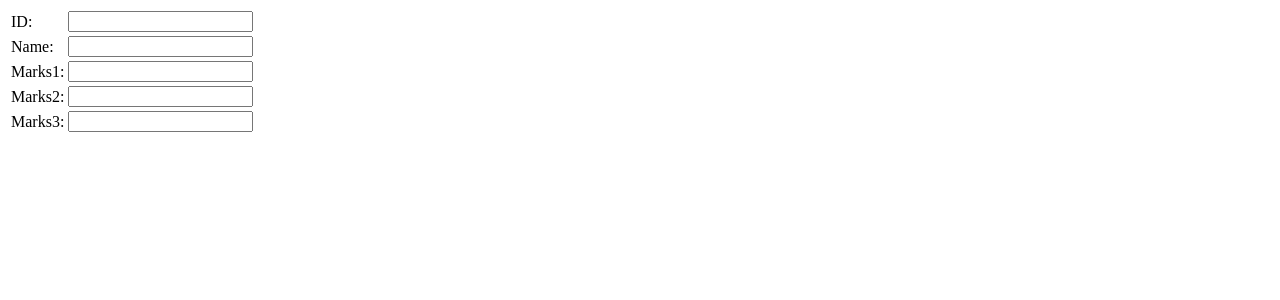
Repository: NayanaSp02/mvc-project
Page: add-result/src/main/webapp/index.html
An editor plug-in stored every save of this project. The page is shown before and after the next save, followed by the edit.
The browser window is 1280 px wide. The pictures show the whole page.

Above is the page before, as saved 2024-10-10 09:47:18.

### add-result/src/main/webapp/index.html
<!DOCTYPE html>
<html>
<head>
<meta charset="UTF-8">
<title>Insert title here</title>
</head>
<body>

<form>
<table>

<tr>
<td>ID:</td>
<td><input type="text" name="id"/></td>
</tr>

<tr>
<td>Name:</td>
<td><input type="text" name="name"/></td>
</tr>

<tr>
<td>Marks1:</td>
<td><input type="text" name="marks1"/></td>
</tr>

<tr>
<td>Marks2:</td>
<td><input type="text" name="marks2"/></td>
</tr>

<tr>
<td>Marks3:</td>
<td><input type="text" name="marks3"/></td>
</tr>

</table>
</form>
</body>
</html>

After the next save:
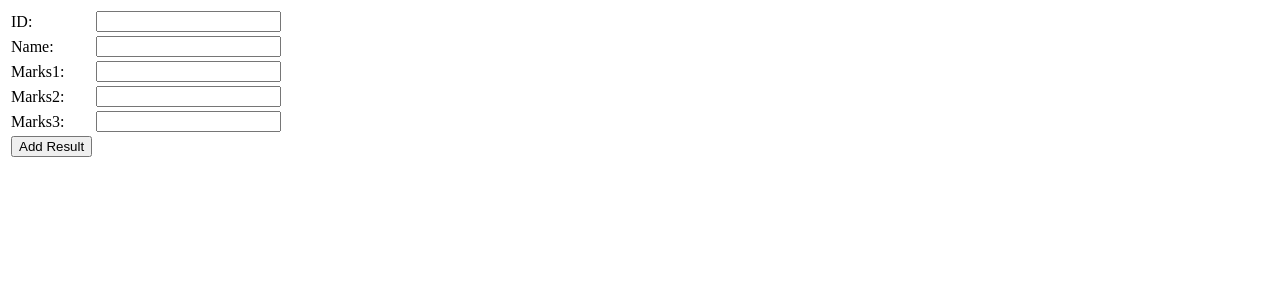
Saved 62 s later.
--- a/add-result/src/main/webapp/index.html
+++ b/add-result/src/main/webapp/index.html
@@ -34,6 +34,7 @@
 <td><input type="text" name="marks3"/></td>
 </tr>
 
+<tr><td><input type="submit" value="Add Result"/></td></tr>
 </table>
 </form>
 </body>
